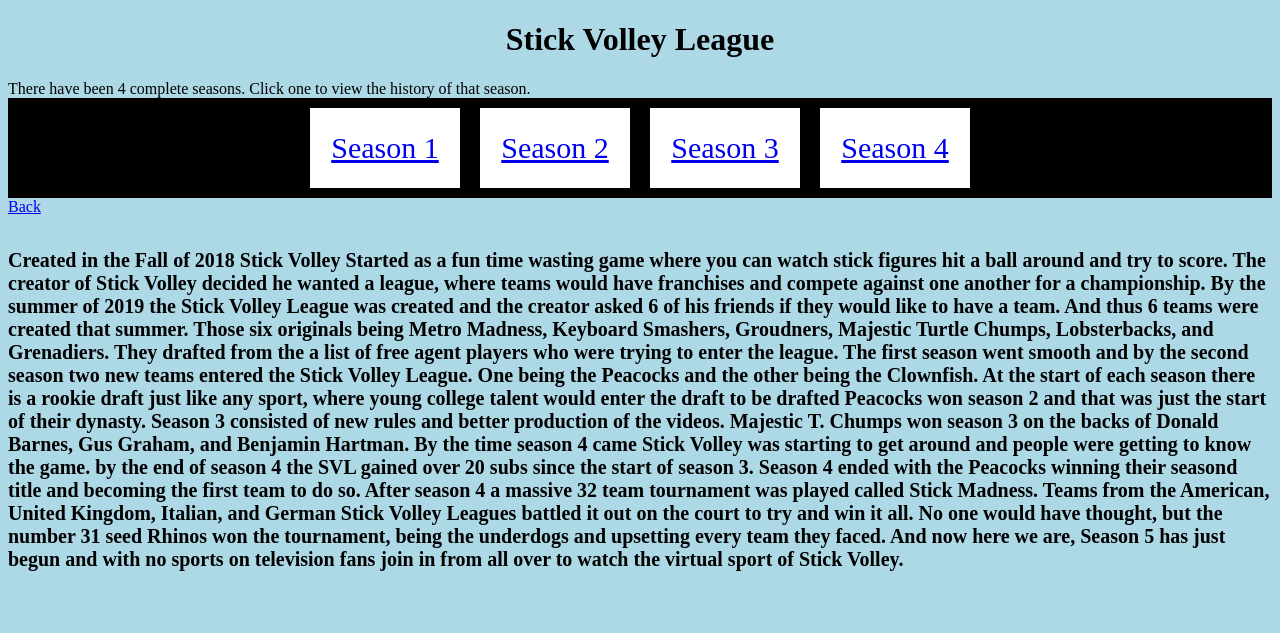
Repository: eppolij1/eppolij1.github.io
Page: history.html
The author's editor kept a record of every edit. The page is drawn from the files as they stood at one moment, then again after the next edit.
The browser window is 1280 px wide. The pictures show the whole page.

Above is the page before.

After the next edit:
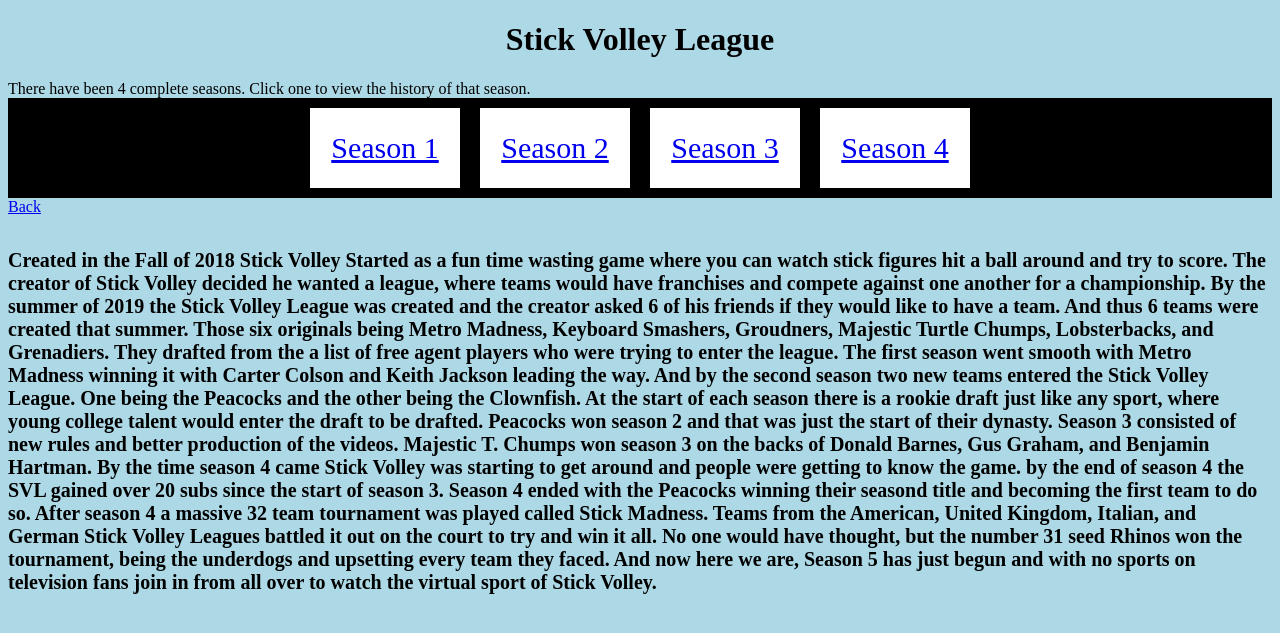
The edit:
--- a/history.html
+++ b/history.html
@@ -65,8 +65,8 @@
   <h5 style="font-size:20px;">
  Created in the Fall of 2018 Stick Volley Started as a fun time wasting game where you can watch stick figures hit a ball around and try to score. The creator of Stick Volley decided
 he wanted a league, where teams would have franchises and compete against one another for a championship. By the summer of 2019 the Stick Volley League was created and the creator asked 6 of his friends if they would like to have a team. And thus 6 teams were created that summer.
-Those six originals being Metro Madness, Keyboard Smashers, Groudners, Majestic Turtle Chumps, Lobsterbacks, and Grenadiers. They drafted from the a list of free agent players who were trying to enter the league. The first season went smooth and by the second season two new teams
-entered the Stick Volley League. One being the Peacocks and the other being the Clownfish. At the start of each season there is a rookie draft just like any sport, where young college talent would enter the draft to be drafted Peacocks won season 2 and that was just the start of
+Those six originals being Metro Madness, Keyboard Smashers, Groudners, Majestic Turtle Chumps, Lobsterbacks, and Grenadiers. They drafted from the a list of free agent players who were trying to enter the league. The first season went smooth with Metro Madness winning it with Carter Colson and Keith Jackson leading the way. And by the second season two new teams
+entered the Stick Volley League. One being the Peacocks and the other being the Clownfish. At the start of each season there is a rookie draft just like any sport, where young college talent would enter the draft to be drafted. Peacocks won season 2 and that was just the start of
 their dynasty. Season 3 consisted of new rules and better production of the videos. Majestic T. Chumps won season 3 on the backs of Donald Barnes, Gus Graham, and Benjamin Hartman. By the time season 4 came Stick Volley was starting to get around and people were getting to know
 the game. by the end of season 4 the SVL gained over 20 subs since the start of season 3. Season 4 ended with the Peacocks winning their seasond title and becoming the first team to do so. After season 4 a massive 32 team tournament was played called Stick Madness. Teams from the
 American, United Kingdom, Italian, and German Stick Volley Leagues battled it out on the court to try and win it all. No one would have thought, but the number 31 seed Rhinos won the tournament, being the underdogs and upsetting every team they faced. And now here we are, Season 5
